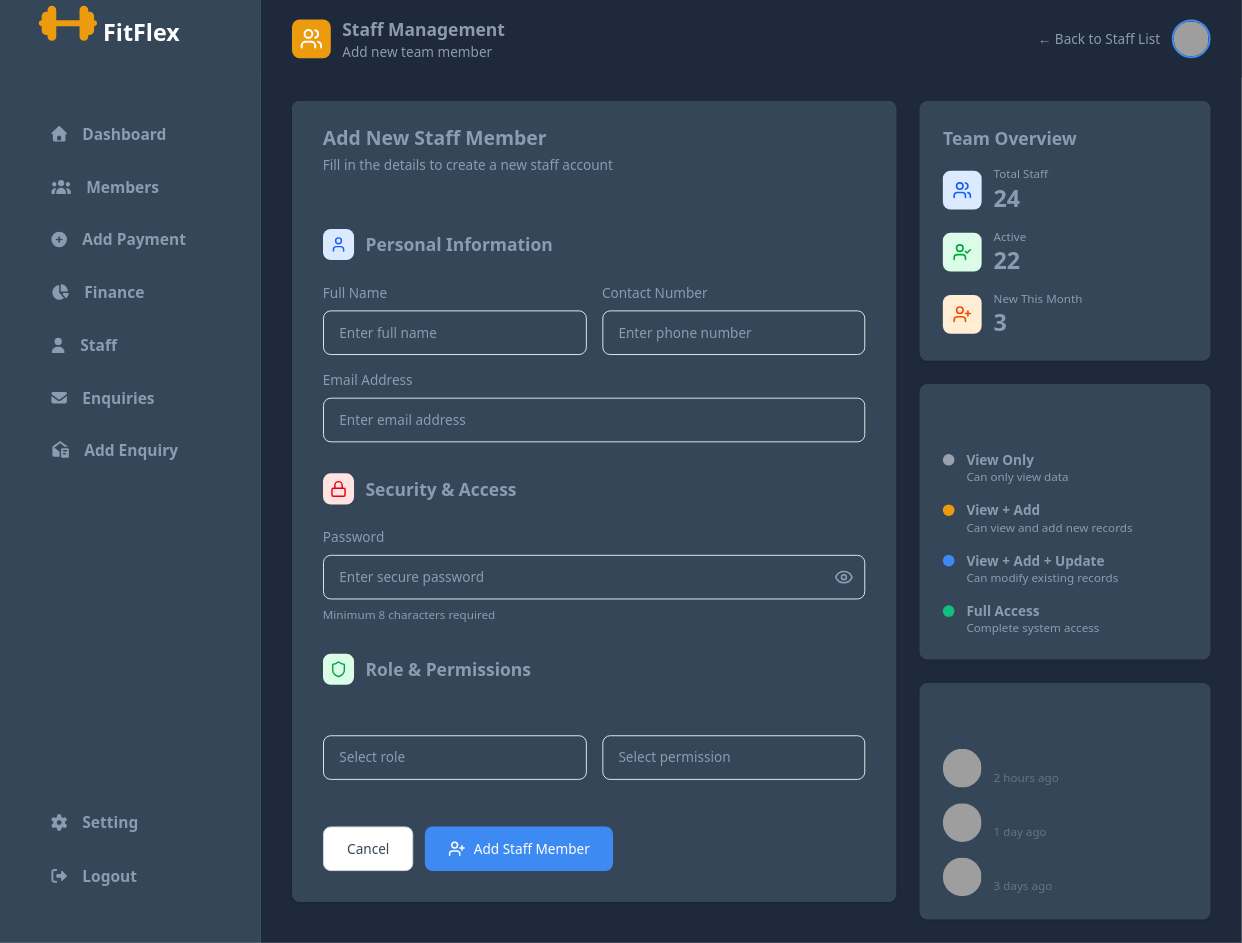
Repository: MuhammadTalhaTaj/gym_management_app_backend
Page: /addstaff (app in frontend/)
These files come from the project's save history. The page is drawn as it stood at one moment and after the next save; the edit follows.
The browser window is 1280 px wide. The pictures show the whole page, at 97% of full size.
Pictures or frames that could not be fetched are drawn as grey boxes. The project was rebuilt for these pictures with package versions that can differ from the ones it lists, and the page was loaded fresh each time. Also part of the build but not shown: frontend/vite.config.ts, frontend/src/assets/styles/AdminHeader.css, frontend/src/Components/AdminHeader.tsx, frontend/src/assets/styles/AdminDashboard.css, frontend/src/hooks/useDashboardData.ts, frontend/src/assets/styles/AdminDashboardStats.css, frontend/src/Components/AdminDashboardStats.tsx, frontend/src/Components/IncomeExpenseChart.tsx and 31 more.

Above is the page before, as saved 2025-11-21 10:47:23.

### frontend/index.html
<!doctype html>
<html lang="en">

<head>
  <meta charset="UTF-8" />
  <link rel="icon" type="image/svg+xml" href="/vite.svg" />
  <meta name="viewport" content="width=device-width, initial-scale=1.0" />
  <title>GymManagement</title>
  <link rel="preconnect" href="https://fonts.googleapis.com" />
  <link rel="preconnect" href="https://fonts.gstatic.com" crossorigin />
  <link rel="stylesheet" href="https://fonts.googleapis.com/css2?family=Roboto:wght@300;400;500;700&display=swap" />

</head>

<body>
  <div id="root"></div>
  <script type="module" src="/src/main.tsx"></script>
</body>

</html>

### frontend/src/index.css
@import "tailwindcss";
:root{
  padding: 0;
  margin: 0;
  box-sizing: border-box;
  --primary-100:#364659;
  --primary-200:#1E293B;
  --primary-300:#8C9BB0;
  --secondary-100: #EC9A0E;
  --secondary-200:#595446;
  --tertiary-100: #F24949;
  --tertiary-100-30: #584252;
  --tertiary-200: #F47117;
  --tertiary-200-30: #5A4B48;
  --tertiary-300: #11BF7F;
  --tertiary-300-30: #2B595E;
  --tertiary-400: #3D8BF2;
  --tertiary-400-30: #344E75;
  --tertiary-500: #94A3B8;
  --tertiary-600: #1E293B;
}
body{
  padding: 0;
  margin: 0;
}
.adminMain{
  display: flex;
  margin: 0;
  justify-content: space-between;
  padding: 0;
  /* border: 2px solid blue; */
}
@media all and (max-width:700px) {
  .adminMain{
    flex-direction: column;
  }
}

### frontend/src/Components/ProtectedRoute.tsx
import React, { useEffect, useState } from "react";
// import { Navigate } from "react-router-dom";
import { apiRequest } from "../config/api";

type Props = {
  children: React.ReactNode;
};

const getStoredToken = (): string | null => {
  return localStorage.getItem("accessToken") || sessionStorage.getItem("accessToken");
};

export default function ProtectedRoute({ children }: Props) {
  const [status, setStatus] = useState<"pending" | "ok" | "unauth">("pending");

  useEffect(() => {
    let mounted = true;

    const token = getStoredToken();
    if (!token) {
      // no token -> immediately unauth
      if (mounted) setStatus("unauth");
      return;
    }

    const validate = async () => {
      try {
        // call backend authenticate endpoint
        const res = await apiRequest<{ success?: boolean; message?: string; userId?: string }>({
          method: "GET",
          endpoint: "/auth/authenticate"
        });

        // backend returns success:true on valid token
        if (mounted && res && (res as any).success === true) {
          setStatus("ok");
        } else {
          // treat missing success flag as unauth
          if (mounted) setStatus("unauth");
        }
      } catch (err) {
        // any error -> unauth
        if (mounted) setStatus("unauth");
      }
    };

    validate();

    return () => { mounted = false; };
  }, []);

  if (status === "pending") {
    // while checking, render nothing (keep UI/layout unchanged)
    return null;
  }

  if (status === "unauth") {
    // clear tokens to ensure clean state, then redirect
    try {
      localStorage.removeItem("accessToken");
      sessionStorage.removeItem("accessToken");
    } catch (e) {
      // ignore
    }
    // return <Navigate to="/login" replace />;
  }

  // auth ok
  return <>{children}</>;
}

### frontend/src/context/AuthContext.tsx
// src/context/AuthContext.tsx (example)
import React, { createContext, useEffect } from "react";
import { onAuthFailure,
  // setAccessToken as storeAccessToken,
   clearTokens } from "../config/auth";
import { useNavigate } from "react-router-dom";

export const AuthContext = createContext<any>(null);

export const AuthProvider: React.FC<{children:any}> = ({ children }) => {
  const navigate = useNavigate();

  useEffect(() => {
    onAuthFailure(() => {
      // clear local tokens and redirect to login
      clearTokens();
      navigate("/login");
    });
  }, [navigate]);

  return <AuthContext.Provider value={{}}>{children}</AuthContext.Provider>;
};

### frontend/src/pages/Admin/AddStaff.tsx
import React, { useState } from 'react';
import { Eye, EyeOff, Users, UserCheck, UserPlus, Shield, User, Lock } from 'lucide-react';

// Data file - export this to a separate file in your project (e.g., staffData.js)
export const staffData = {
  teamOverview: {
    totalStaff: 24,
    activeStaff: 22,
    newThisMonth: 3
  },
  permissionLevels: [
    {
      id: 'view-only',
      name: 'View Only',
      description: 'Can only view data',
      color: 'bg-gray-400'
    },
    {
      id: 'view-add',
      name: 'View + Add',
      description: 'Can view and add new records',
      color: 'bg-[var(--secondary-100)]'
    },
    {
      id: 'view-add-update',
      name: 'View + Add + Update',
      description: 'Can modify existing records',
      color: 'bg-[var(--tertiary-400)]'
    },
    {
      id: 'full-access',
      name: 'Full Access',
      description: 'Complete system access',
      color: 'bg-[var(--tertiary-300)]'
    }
  ],
  recentActivity: [
    {
      id: 1,
      name: 'Sarah Chen',
      action: 'joined',
      time: '2 hours ago',
      avatar: 'https://i.pravatar.cc/150?img=1'
    },
    {
      id: 2,
      name: 'Mike Johnson',
      action: 'updated',
      time: '1 day ago',
      avatar: 'https://i.pravatar.cc/150?img=2'
    },
    {
      id: 3,
      name: 'Emma Davis',
      action: 'added',
      time: '3 days ago',
      avatar: 'https://i.pravatar.cc/150?img=3'
    }
  ],
  jobRoles: [
    'Select role',
    'Administrator',
    'Manager',
    'Developer',
    'Designer',
    'Analyst',
    'Support Staff'
  ],
  permissions: [
    'Select permission',
    'View Only',
    'View + Add',
    'View + Add + Update',
    'Full Access'
  ]
};

// Reusable Components
const Card = ({ children, className = '' }) => (
  <div className={`bg-[var(--primary-100)] rounded-lg shadow-sm ${className}`}>
    {children}
  </div>
);

const Input = ({ label, placeholder, type = 'text', value, onChange, showPasswordToggle, onTogglePassword, showPassword, helperText }) => (
  <div className="flex flex-col gap-2 ">
    {label && (
      <label className="text-sm font-medium text-[var(--primary-300)]">
        {label}
      </label>
    )}
    <div className="relative">
      <input
        type={type}
        placeholder={placeholder}
        value={value}
        onChange={onChange}
        className="w-full px-4 py-3 bg-[var(--primary-100)] border border-gray-200 rounded-lg text-sm text-[var(--primary-300)] placeholder-[var(--primary-300)] focus:outline-none focus:ring-2 focus:ring-[var(--tertiary-400)] focus:border-transparent transition-all"
      />
      {showPasswordToggle && (
        <button
          type="button"
          onClick={onTogglePassword}
          className="absolute right-3 top-1/2 -translate-y-1/2 text-[var(--primary-300)] hover:text-[var(--primary-100)] transition-colors"
        >
          {showPassword ? <EyeOff size={20} /> : <Eye size={20} />}
        </button>
      )}
    </div>
    {helperText && (
      <span className="text-xs text-[var(--primary-300)]">{helperText}</span>
    )}
  </div>
);

const Select = ({ label, options, value, onChange }) => (
  <div className="flex flex-col gap-2">
    {label && (
      <label className="text-sm font-medium text-[var(--primary-100)]">
        {label}
      </label>
    )}
    <select
      value={value}
      onChange={onChange}
      className="w-full px-4 py-3 bg-[var(--primary-100)] border border-gray-200 rounded-lg text-sm text-[var(--primary-300)] focus:outline-none focus:ring-2 focus:ring-[var(--tertiary-400)] focus:border-transparent transition-all appearance-none cursor-pointer"
      style={{
        backgroundImage: `url("data:[embedded picture, 161 characters]")`,
        backgroundRepeat: 'no-repeat',
        backgroundPosition: 'right 1rem center'
      }}
    >
      {options.map((option, index) => (
        <option key={index} value={option}>
          {option}
        </option>
      ))}
    </select>
  </div>
);

const Button = ({ children, variant = 'primary', onClick, icon: Icon }) => {
  const variants = {
    primary: 'bg-[var(--tertiary-400)] hover:bg-[var(--tertiary-400)]/90 text-white',
    secondary: 'bg-white hover:bg-gray-50 text-[var(--primary-100)] border border-gray-300'
  };

  return (
    <button
      onClick={onClick}
      className={`px-6 py-3 rounded-lg font-medium text-sm transition-all flex items-center justify-center gap-2 ${variants[variant]}`}
    >
      {Icon && <Icon size={18} />}
      {children}
    </button>
  );
};

const StatsCard = ({ icon: Icon, label, value, iconBg, iconColor }) => (
  <div className="flex items-center gap-3">
    <div className={`w-10 h-10 rounded-lg ${iconBg} flex items-center justify-center`}>
      <Icon size={20} className={iconColor} />
    </div>
    <div>
      <p className="text-xs text-[var(--primary-300)]">{label}</p>
      <p className="text-2xl font-bold text-[var(--primary-300)]">{value}</p>
    </div>
  </div>
);

const ActivityItem = ({ activity }) => (
  <div className="flex items-center gap-3">
    <img
      src={activity.avatar}
      alt={activity.name}
      className="w-10 h-10 rounded-full object-cover"
    />
    <div className="flex-1">
      <p className="text-sm font-medium text-[var(--primary-100)]">
        {activity.name} {activity.action}
      </p>
      <p className="text-xs text-gray-500">{activity.time}</p>
    </div>
  </div>
);

const PermissionItem = ({ permission }) => (
  <div className="flex items-start gap-3">
    <div className={`w-3 h-3 rounded-full ${permission.color} mt-1`}></div>
    <div className="flex-1">
      <p className="text-sm font-semibold text-[var(--primary-300)]">{permission.name}</p>
      <p className="text-xs text-[var(--primary-300)]">{permission.description}</p>
    </div>
  </div>
);

const SectionHeader = ({ icon: Icon, title, iconBg, iconColor }) => (
  <div className="flex items-center gap-3 mb-6">
    <div className={`w-8 h-8 rounded-lg ${iconBg} flex items-center justify-center`}>
      <Icon size={18} className={iconColor} />
    </div>
    <h3 className="text-lg font-semibold text-[var(--primary-300)]">{title}</h3>
  </div>
);

// Main Component
const AddStaff = () => {
  const [formData, setFormData] = useState({
    fullName: '',
    contactNumber: '',
    email: '',
    password: '',
    jobRole: staffData.jobRoles[0],
    permission: staffData.permissions[0]
  });

  const [showPassword, setShowPassword] = useState(false);

  const handleInputChange = (field) => (e) => {
    setFormData(prev => ({ ...prev, [field]: e.target.value }));
  };

  const handleSubmit = () => {
    console.log('Form submitted:', formData);
    // Add your form submission logic here
  };

  const handleCancel = () => {
    setFormData({
      fullName: '',
      contactNumber: '',
      email: '',
      password: '',
      jobRole: staffData.jobRoles[0],
      permission: staffData.permissions[0]
    });
  };

  return (
    <div className="min-h-screen w-full bg-[var(--primary-200)]">
      {/* Header */}
      <header className="bg-[var(--primary-200)] text-white px-4 sm:px-6 lg:px-8 py-4">
        <div className="max-w-7xl mx-auto flex items-center justify-between">
          <div className="flex items-center gap-3">
            <div className="w-10 h-10 bg-[var(--secondary-100)] rounded-lg flex items-center justify-center">
              <Users size={24} />
            </div>
            <div>
              <h1 className="text-lg font-semibold text-[var(--primary-300)]">Staff Management</h1>
              <p className="text-sm text-[var(--primary-300)]">Add new team member</p>
            </div>
          </div>
          <div className="flex items-center gap-3">
            <button className="flex items-center text-[var(--primary-300)] gap-2 text-sm hover:text-gray-300 transition-colors">
              <span className="hidden sm:inline">← Back to Staff List</span>
              <span className="sm:hidden">← Back</span>
            </button>
            <img
              src="https://i.pravatar.cc/150?img=5"
              alt="User"
              className="w-10 h-10 rounded-full object-cover border-2 border-[var(--tertiary-400)]"
            />
          </div>
        </div>
      </header>

      {/* Main Content */}
      <main className="max-w-7xl mx-auto px-4 sm:px-6 lg:px-8 py-6">
        <div className="grid grid-cols-1 lg:grid-cols-3 gap-6">
          {/* Left Column - Form */}
          <div className="lg:col-span-2">
            <Card className="p-6 sm:p-8">
              {/* Form Header */}
              <div className="bg-[var(--primary-100)] text-[var(--primary-300)] -mx-6 sm:-mx-8 -mt-6 sm:-mt-8 px-6 sm:px-8 py-6 rounded-t-lg mb-8">
                <h2 className="text-xl font-bold mb-1">Add New Staff Member</h2>
                <p className="text-sm text-[var(--primary-300)]">Fill in the details to create a new staff account</p>
              </div>

              <div className="space-y-8">
                {/* Personal Information */}
                <div>
                  <SectionHeader
                    icon={User}
                    title="Personal Information"
                    iconBg="bg-blue-100"
                    iconColor="text-blue-600"
                  />
                  <div className="grid grid-cols-1 md:grid-cols-2 gap-4">
                    <Input
                      label="Full Name"
                      placeholder="Enter full name"
                      value={formData.fullName}
                      onChange={handleInputChange('fullName')}
                    />
                    <Input
                      label="Contact Number"
                      placeholder="Enter phone number"
                      type="tel"
                      value={formData.contactNumber}
                      onChange={handleInputChange('contactNumber')}
                    />
                  </div>
                  <div className="mt-4">
                    <Input
                      label="Email Address"
                      placeholder="Enter email address"
                      type="email"
                      value={formData.email}
                      onChange={handleInputChange('email')}
                    />
                  </div>
                </div>

                {/* Security & Access */}
                <div>
                  <SectionHeader
                    icon={Lock}
                    title="Security & Access"
                    iconBg="bg-red-100"
                    iconColor="text-red-600"
                  />
                  <Input
                    label="Password"
                    placeholder="Enter secure password"
                    type={showPassword ? 'text' : 'password'}
                    value={formData.password}
                    onChange={handleInputChange('password')}
                    showPasswordToggle
                    onTogglePassword={() => setShowPassword(!showPassword)}
                    showPassword={showPassword}
                    helperText="Minimum 8 characters required"
                  />
                </div>

                {/* Role & Permissions */}
                <div>
                  <SectionHeader
                    icon={Shield}
                    title="Role & Permissions"
                    iconBg="bg-green-100"
                    iconColor="text-green-600"
                  />
                  <div className="grid grid-cols-1 md:grid-cols-2 gap-4">
                    <Select
                      label="Job Role"
                      options={staffData.jobRoles}
                      value={formData.jobRole}
                      onChange={handleInputChange('jobRole')}
                    />
                    <Select
                      label="Permission Level"
                      options={staffData.permissions}
                      value={formData.permission}
                      onChange={handleInputChange('permission')}
                    />
                  </div>
                </div>

                {/* Action Buttons */}
                <div className="flex flex-col sm:flex-row gap-3 pt-4">
                  <Button variant="secondary" onClick={handleCancel}>
                    Cancel
                  </Button>
                  <Button variant="primary" onClick={handleSubmit} icon={UserPlus}>
                    Add Staff Member
                  </Button>
                </div>
              </div>
            </Card>
          </div>

          {/* Right Column - Sidebar */}
          <div className="space-y-6">
            {/* Team Overview */}
            <Card className="p-6">
              <h3 className="text-lg font-semibold text-[var(--primary-300)] mb-4">Team Overview</h3>
              <div className="space-y-4">
                <StatsCard
                  icon={Users}
                  label="Total Staff"
                  value={staffData.teamOverview.totalStaff}
                  iconBg="bg-blue-100"
                  iconColor="text-blue-600"
                />
                <StatsCard
                  icon={UserCheck}
                  label="Active"
                  value={staffData.teamOverview.activeStaff}
                  iconBg="bg-green-100"
                  iconColor="text-green-600"
                />
                <StatsCard
                  icon={UserPlus}
                  label="New This Month"
                  value={staffData.teamOverview.newThisMonth}
                  iconBg="bg-orange-100"
                  iconColor="text-orange-600"
                />
              </div>
            </Card>

            {/* Permission Levels */}
            <Card className="p-6">
              <h3 className="text-lg font-semibold text-[var(--primary-100)] mb-4">Permission Levels</h3>
              <div className="space-y-4">
                {staffData.permissionLevels.map(permission => (
                  <PermissionItem key={permission.id} permission={permission} />
                ))}
              </div>
            </Card>

            {/* Recent Activity */}
            <Card className="p-6">
              <h3 className="text-lg font-semibold text-[var(--primary-100)] mb-4">Recent Activity</h3>
              <div className="space-y-4">
                {staffData.recentActivity.map(activity => (
                  <ActivityItem key={activity.id} activity={activity} />
                ))}
              </div>
            </Card>
          </div>
        </div>
      </main>
    </div>
  );
};

export default AddStaff;

### frontend/src/config/auth.ts
// src/config/auth.ts
const ACCESS_TOKEN_KEY = "accessToken";

/**
 * Read access token (prefers localStorage, fallbacks to sessionStorage)
 */
export function readAccessToken(): string | null {
  return localStorage.getItem(ACCESS_TOKEN_KEY) || sessionStorage.getItem(ACCESS_TOKEN_KEY);
}

/**
 * Store access token.
 * If `persist` true -> save to localStorage, otherwise sessionStorage.
 */
export function setAccessToken(token: string | null, persist = true) {
  if (!token) {
    localStorage.removeItem(ACCESS_TOKEN_KEY);
    sessionStorage.removeItem(ACCESS_TOKEN_KEY);
    return;
  }
  if (persist) {
    localStorage.setItem(ACCESS_TOKEN_KEY, token);
    sessionStorage.removeItem(ACCESS_TOKEN_KEY);
  } else {
    sessionStorage.setItem(ACCESS_TOKEN_KEY, token);
    localStorage.removeItem(ACCESS_TOKEN_KEY);
  }
}

/**
 * Clear tokens
 */
export function clearTokens() {
  localStorage.removeItem(ACCESS_TOKEN_KEY);
  sessionStorage.removeItem(ACCESS_TOKEN_KEY);
}

/**
 * Call refresh endpoint to obtain a fresh access token.
 * Note: This request includes credentials because your backend may store refresh token in an httpOnly cookie.
 */
let AUTH_BASE_URL = (import.meta.env.VITE_API_URL || "http://localhost:4000").replace(/\/$/, "");

export async function refreshAccessToken(): Promise<string> {
  const url = `${AUTH_BASE_URL}/auth/refreshToken`;

  const res = await fetch(url, {
    method: "POST",
    // include cookies to allow the server to find httpOnly refresh cookie
    credentials: "include",
    headers: {
      "Content-Type": "application/json"
    },
    // no body needed because your server reads cookie/header
  });

  // If server returns non-JSON or non-ok, try to parse but handle gracefully
  let data: any = {};
  try {
    data = await res.json();
  } catch (e) {
    // ignore parse error
  }

  if (!res.ok) {
    // throw useful error with body message if present
    const message = data?.message || `Failed to refresh access token (status ${res.status})`;
    throw new Error(message);
  }

  if (!data?.accessToken) {
    throw new Error("Refresh succeeded but no accessToken returned");
  }

  // store returned token (persist behavior up to you; default persist)
  setAccessToken(data.accessToken, true);
  return data.accessToken;
}

/**
 * App-level callback when refresh fails (e.g., redirect to /login)
 */
let authFailureHandler: (() => void) | null = null;
export function onAuthFailure(handler: () => void) {
  authFailureHandler = handler;
}
export function callAuthFailureHandler() {
  if (typeof authFailureHandler === "function") authFailureHandler();
}

Loaded but not shown: frontend/src/main.tsx (common file); frontend/src/Components/AdminSidebar.tsx (181 lines, source omitted); frontend/src/config/api.ts (123 lines, source omitted); frontend/src/App.tsx (71 lines, source omitted); frontend/src/assets/styles/AdminSidebar.css (138 lines, source omitted)

After the next save:
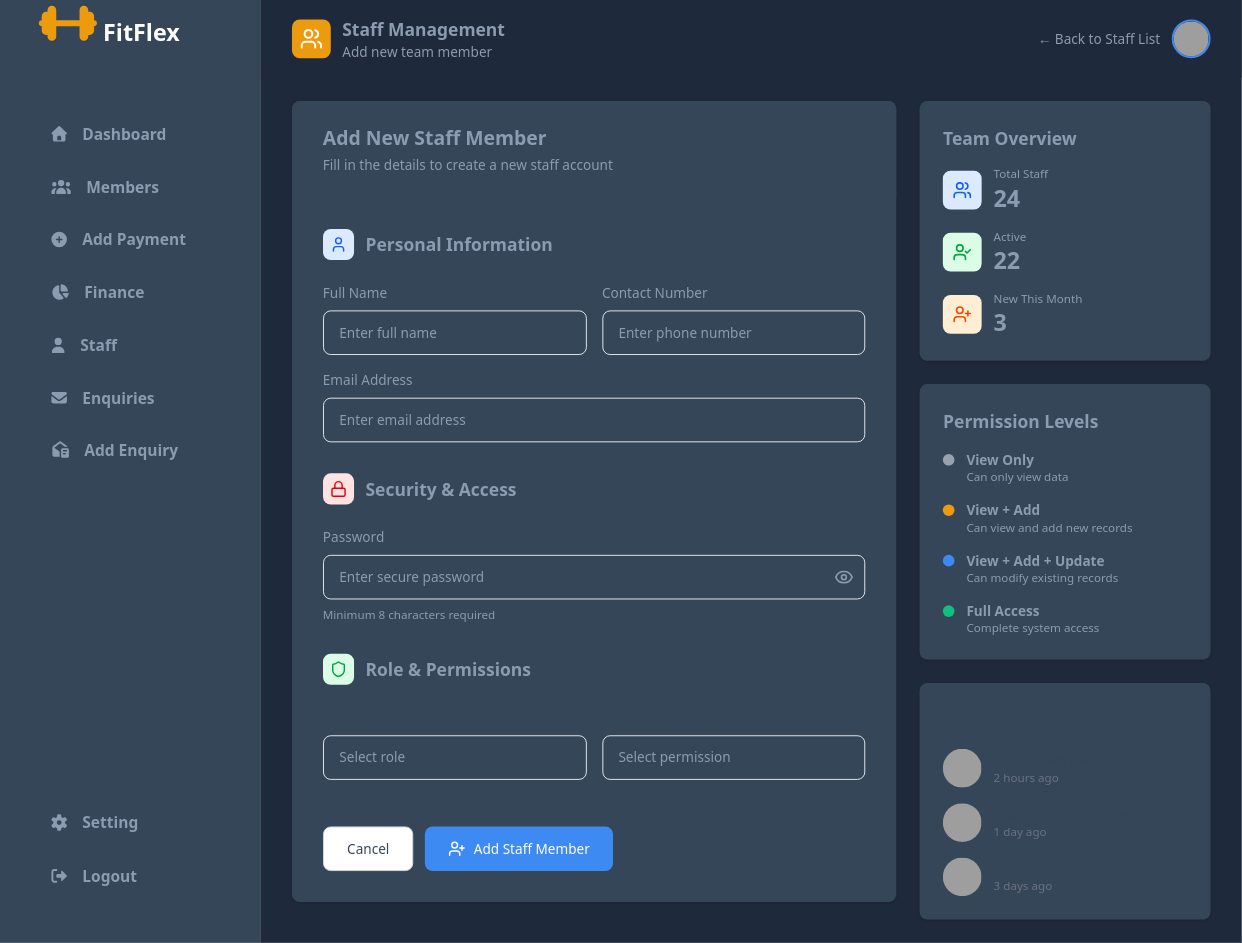
Saved 14 s later.
--- a/frontend/src/pages/Admin/AddStaff.tsx
+++ b/frontend/src/pages/Admin/AddStaff.tsx
@@ -401,7 +401,7 @@ const AddStaff = () => {
 
             {/* Permission Levels */}
             <Card className="p-6">
-              <h3 className="text-lg font-semibold text-[var(--primary-100)] mb-4">Permission Levels</h3>
+              <h3 className="text-lg font-semibold text-[var(--primary-300)] mb-4">Permission Levels</h3>
               <div className="space-y-4">
                 {staffData.permissionLevels.map(permission => (
                   <PermissionItem key={permission.id} permission={permission} />
